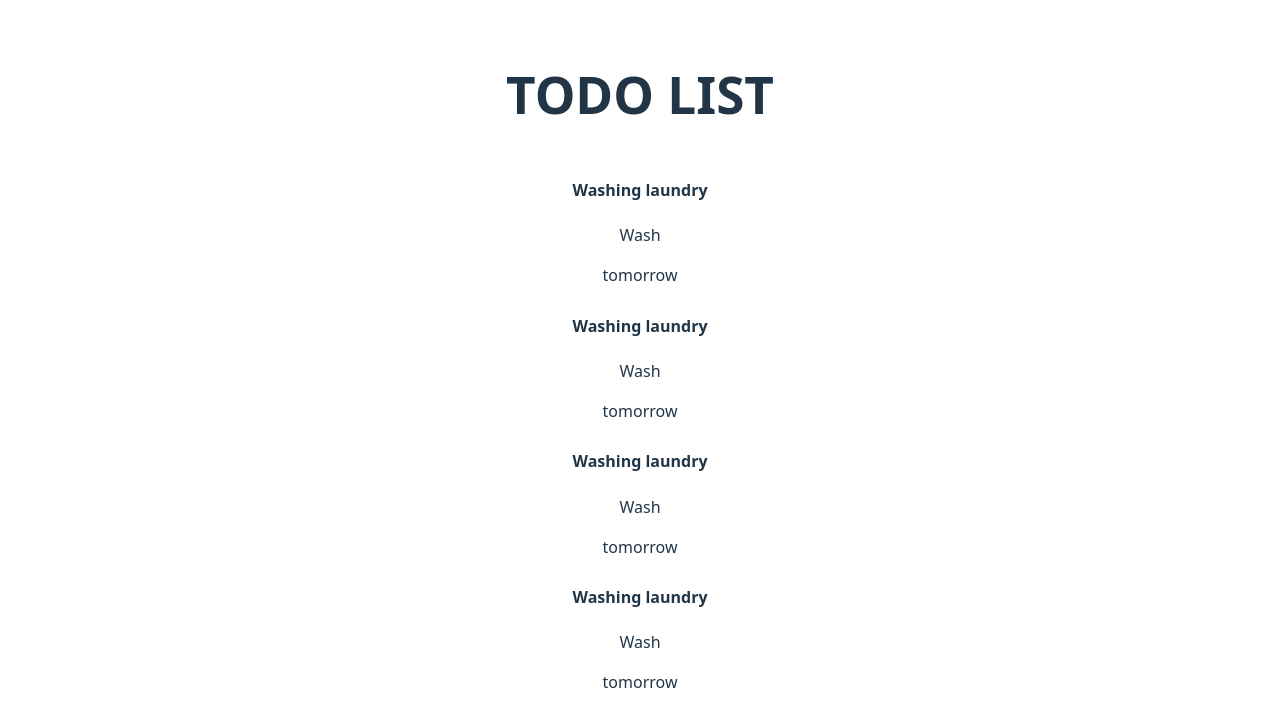
Repository: DISC-NU/workshop-3-activites
Page: /
An editor plug-in stored every save of this project. The page is shown before and after the next save, followed by the edit.
The browser window is 1280 px wide. The pictures show the whole page.
The project was rebuilt for these pictures with package versions that can differ from the ones it lists, and the page was loaded fresh each time. Also part of the build but not shown: vite.config.js.

Above is the page before, as saved 2025-10-06 19:10:38.

### src/App.jsx
import './App.css'

function App() {
  return(
    <main>
      <h1>TODO LIST</h1>
      <div style={{ display: 'flex', flexDirection: 'column', gap: 5 }}>
        <div className='task'>
          <h4>Washing laundry</h4>
          <p>Wash</p>
          <span>tomorrow</span>
        </div>
        <div className='task'>
          <h4>Washing laundry</h4>
          <p>Wash</p>
          <span>tomorrow</span>
        </div>
        <div className='task'>
          <h4>Washing laundry</h4>
          <p>Wash</p>
          <span>tomorrow</span>
        </div>
        <div className='task'>
          <h4>Washing laundry</h4>
          <p>Wash</p>
          <span>tomorrow</span>
        </div>
      </div>
    </main>
  );
}

export default App

Loaded but not shown: index.html (common file); src/main.jsx (common file); src/index.css (common file); src/App.css (common file)

After the next save:
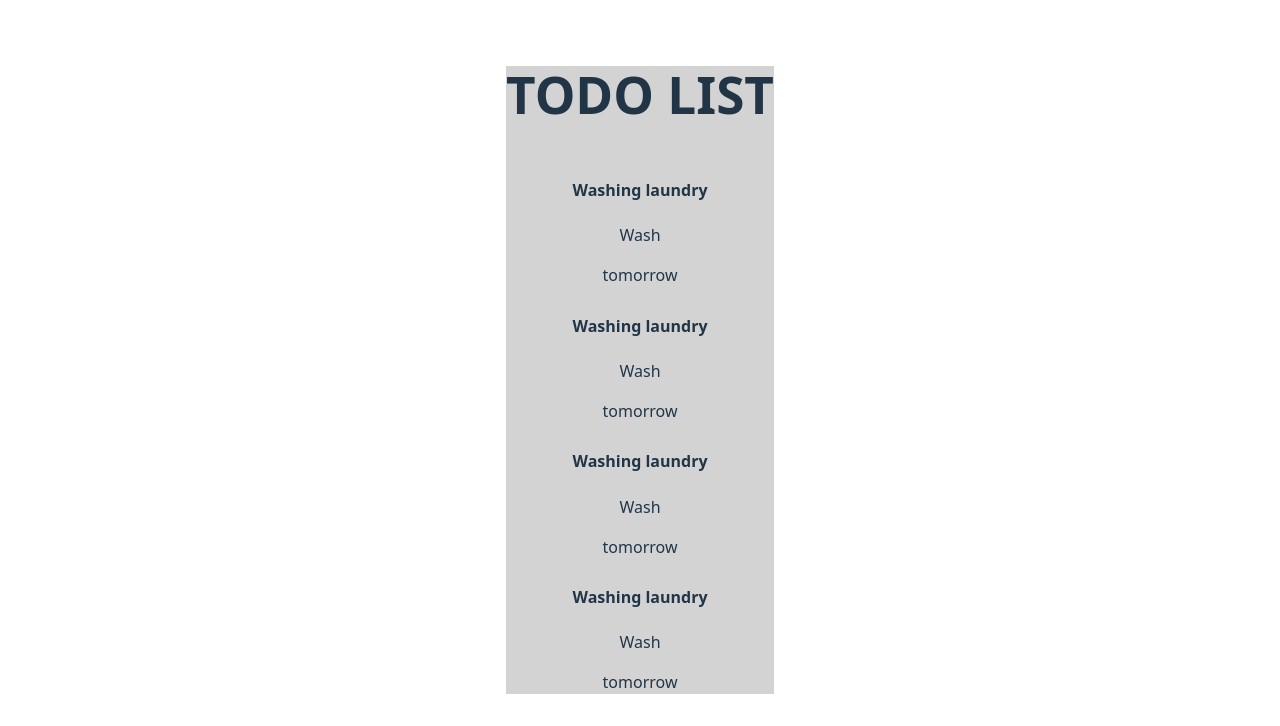
Saved 20 s later.
--- a/src/App.jsx
+++ b/src/App.jsx
@@ -2,7 +2,7 @@ import './App.css'
 
 function App() {
   return(
-    <main>
+    <main style={{ backgroundColor: 'lightgray'}}>
       <h1>TODO LIST</h1>
       <div style={{ display: 'flex', flexDirection: 'column', gap: 5 }}>
         <div className='task'>
